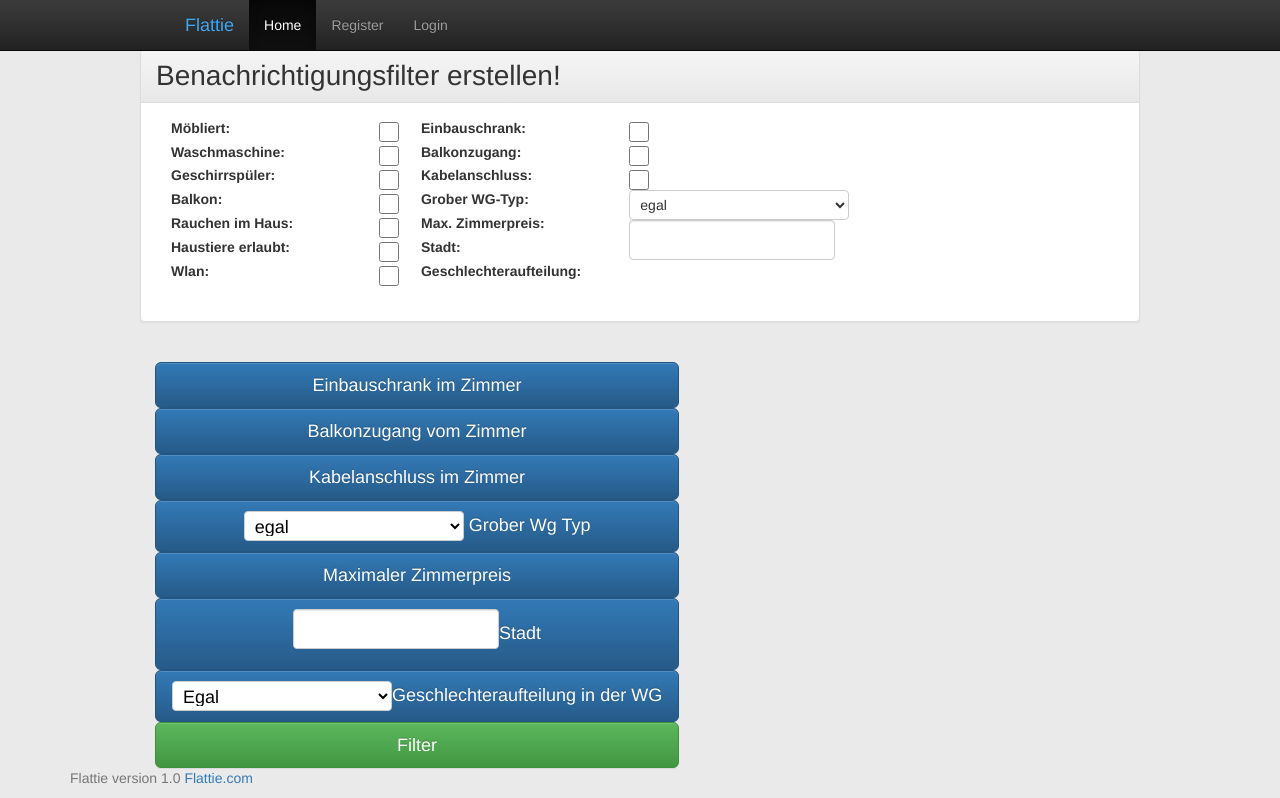
Repository: ese-unibe-ch/ese2014-team2
Page: http://localhost/Skeleton/pages/createCustomFilter.jsp
An editor plug-in stored every save of this project. The page is shown before and after the next save, followed by the edit.
The browser window is 1280 px wide. The pictures show the whole page.
Some web libraries are served in a nearby version. The page is served by Tomcat 9. Nobody is signed in. The application's start-up code is not run. The template is opened directly, without the code that normally fills it, so the values that code supplies are empty.

Above is the page before, as saved 2014-11-26 12:40:44.
Console error (its wording comes from the project's code and is left out).

After the next save:
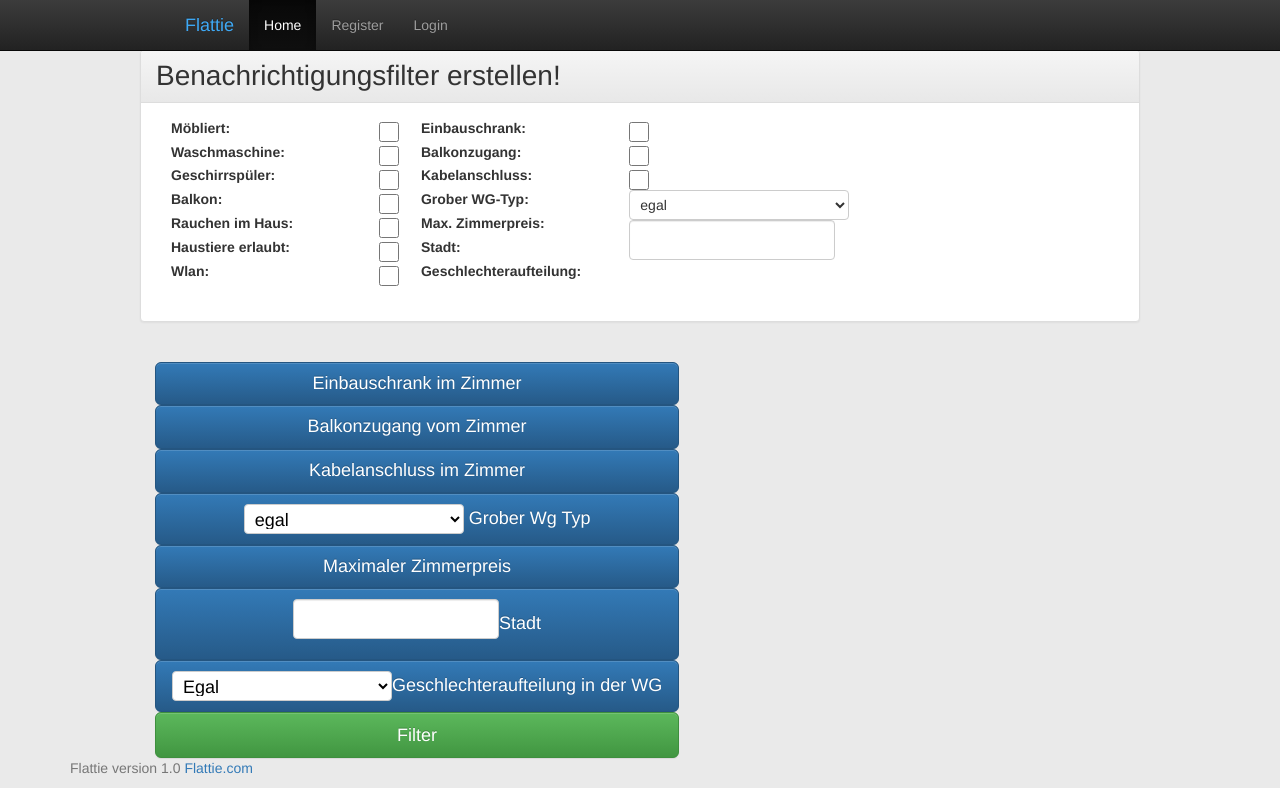
Saved 7 s later.
--- a/Skeleton/src/main/webapp/pages/createCustomFilter.jsp
+++ b/Skeleton/src/main/webapp/pages/createCustomFilter.jsp
@@ -24,7 +24,7 @@
 
 	<style>
 		label {
-				line-height:120%;
+				line-height:120% !important;
 				}
 	</style>
 		<div class="col-md-5">
